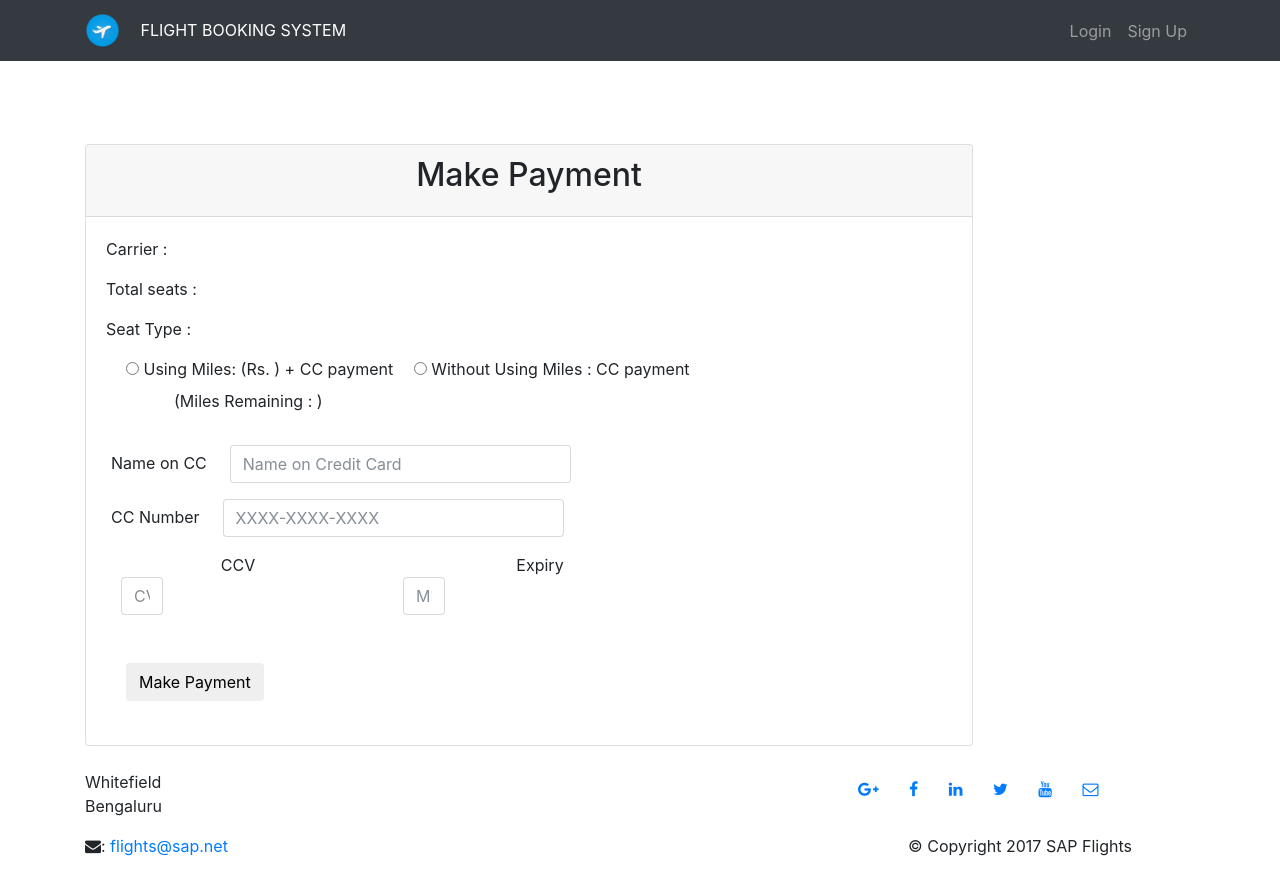
Repository: yashtatia/Spring-Practice
Page: http://localhost/FitnessTracker/WEB-INF/jsp/makePayment.jsp
An editor plug-in stored every save of this project. The page is shown before and after the next save, followed by the edit.
The browser window is 1280 px wide. The pictures show the whole page.
Some web libraries are served in a nearby version. The page is served by Tomcat 9. Nobody is signed in. Other server files are loaded and not shown. The template is opened directly, without the code that normally fills it, so the values that code supplies are empty.

Above is the page before, as saved 2017-09-06 08:19:15.
Console error: SyntaxError: Unexpected token ';'

### FitnessTracker/src/main/webapp/WEB-INF/jsp/makePayment.jsp
<%@ taglib prefix="spring" uri="http://www.springframework.org/tags" %>
<%@ taglib prefix="form" uri="http://www.springframework.org/tags/form" %>

<jsp:include page="header.jsp" />
	<br>
	<br>
	<br>
	<br>
	<br>
	<br>
	<div class="container">
		<div class="card" style="max-width: 80%;" >
			<div class="card-header">
				<h2 class="card-title" align="center">Make Payment</h2>
			</div>
			<div class="card-block">
				<div class="card-body">
						<p>Carrier : ${flightSelected.airline}</p>
						<p>Total seats : ${flightSelected.seats}</p>
						<p>Seat Type : ${flightSelected.seat_class}</p>

						<form:form commandName="payment" class="form-horizontal" style=" padding-left: 20px;" method="POST">

							  <label class="radio-inline" >
							    <form:radiobutton path="payment_choice" name="payment_choice" value="1" />
							     Using Miles: ${miles_used} (Rs. ${discount}) + ${fare_with_miles}  CC payment

							  </label>


							  <label class="radio-inline mx-3">
							    <form:radiobutton path="payment_choice" name="payment_choice" value="2" />
							    Without Using Miles : ${fare_without_miles}	CC payment
							  </label>
							  <label class="mx-5">
							  	(Miles Remaining : ${miles_remaining})
							  </label>

							<br />
							<br/>

							<div class="form-group row">
							    <label for="input1" class="col-xs-3 col-form-label mr-2">Name on CC</label>
							    <div class="col-sm-10">
							      <form:input path="cc_name" type="text" name="cc_name" id="cc_name" placeholder="Name on Credit Card" class="form-control" style="max-width: 50%;" />
							    </div>
							</div>
							<div class="form-group row">
							    <label for="input2" class="col-xs-3 col-form-label mr-2">CC Number</label>
							    <div class="col-sm-10">
							      <form:input path="cc_number" type="text" name="cc_number" id="cc_number" placeholder="XXXX-XXXX-XXXX" class="form-control" style="max-width: 50%;" />
							    </div>
							</div>
							<div class="form-row">
									<div class="form-inline">
										<div>
											<label class="mr-sm-5 mb-0" for="cvv">CCV</label>
											<form:input path="cc_cvv" type="password" name="cc_cvv" id="cc_cvv" placeholder="CVV" class="form-control mr-sm-2 mb-2 mb-sm-0"  style="max-width: 15%" />
										</div>
										<div>
											<label class="mr-sm-2 mb-0" for="last_name">Expiry</label>
											<form:input path="cc_expiry"  type="text" class="form-control mr-sm-2 mb-2 mb-sm-0" name="cc_expiry" id="cc_expiry" style="max-width: 15%" placeholder="MM/YY"/>
										</div>

									</div>
							</div>
							<br />
							<br />

							<form:hidden path="flight_id"  name="flight_id" value="${flightSelected.flight_id}" />
							<form:hidden path="seat_type" name="seat_type" value="${flightSelected.seat_class_abbrev}" />
							<form:hidden path="seats" name="seats" value="${flightSelected.seats}" />
							<form:hidden path="fare_with_miles" name="fare_with_miles" value="${fare_with_miles}" />
							<form:hidden path="fare_without_miles" name="fare_without_miles" value="${fare_without_miles}" />
							<form:hidden path="miles_used" name="miles_used" value="${miles_used}" />
							<form:hidden path="miles_remaining" name="miles_remaining" value="${miles_remaining}" />
							<form:hidden path="miles_earned" name="miles_earned" value="${miles_earned}" />

							<button type="submit" name="" value="Make Payment" class="btn btn-default col-lg-offset-10" >Make Payment</button>
						</form:form>
				</div>

			</div>

			<br />



		</div>
	</div>
	<br/>

<jsp:include page="footer.jsp" />
<script type="text/javascript">
		$( document ).ready(function() {
		    preProcess();
		});

		function preProcess(){
			if($('input[name=payment_choice]:checked').val() == "with_miles"){
				var cc_remaining = ${fare_with_miles};
				if(cc_remaining == 0){
					$("#cc_name").prop("disabled", true);
					$("#cc_number").prop("disabled", true);
					$("#cc_cvv").prop("disabled", true);
					$("#cc_expiry").prop("disabled", true);
				}
			}
		}

		$('input[name=payment_choice]').on('change', function() {
			if($('input[name=payment_choice]:checked').val() == "with_miles"){
				var cc_remaining = ${fare_with_miles};
				if(cc_remaining == 0){
					$("#cc_name").prop("disabled", true);
					$("#cc_number").prop("disabled", true);
					$("#cc_cvv").prop("disabled", true);
					$("#cc_expiry").prop("disabled", true);
				}
			}else{
				$("#cc_name").prop("disabled", false);
				$("#cc_number").prop("disabled", false);
				$("#cc_cvv").prop("disabled", false);
				$("#cc_expiry").prop("disabled", false);
			}
		});
	</script>

### FitnessTracker/src/main/webapp/WEB-INF/jsp/header.jsp
<%@ taglib prefix="c" uri="http://java.sun.com/jsp/jstl/core"%>
<%@ taglib prefix="form" uri="http://www.springframework.org/tags/form" %>
<%@ taglib prefix="spring" uri="http://www.springframework.org/tags" %>
<!DOCTYPE html>
<html>
<head>
	<meta charset="utf-8">
    <meta http-equiv="X-UA-Compatible" content="IE=edge">
    <meta name="viewport" content="width=device-width, initial-scale=1, shrink-to-fit=no">
	<title>Search Flights</title>
	<link rel="stylesheet" href="https://maxcdn.bootstrapcdn.com/bootstrap/4.0.0-beta/css/bootstrap.min.css" integrity="sha384-/Y6pD6FV/Vv2HJnA6t+vslU6fwYXjCFtcEpHbNJ0lyAFsXTsjBbfaDjzALeQsN6M" crossorigin="anonymous">
	<link href="https://maxcdn.bootstrapcdn.com/font-awesome/4.7.0/css/font-awesome.min.css" rel="stylesheet">
	<link rel="stylesheet" type="text/css" href="assets/css/jquery-ui.css">
</head>
<body>

	 <nav class="navbar navbar-expand-md navbar-dark bg-dark fixed-top">
            <div class="container">
                <div class="navbar-header">
	                <span><a class="navbar-brand" href="index.jsp"><img src="assets/img/sap.png" height=35 width=35></a></span>
	                <span style="color: white;">FLIGHT BOOKING SYSTEM</span>
                </div>

                <c:choose>
    				<c:when test="${not logInForm.loggedIn || logInForm == null}">
                       <ul class="navbar-nav bd-navbar-nav" style="cursor: pointer;">
	                        <li class="nav-item"><a class="nav-link" data-toggle="modal" data-target="#loginModal" id="login"><span class="glyphicon glyphicon-log-in"></span> Login</a></li>
	                        <li class="nav-item"><a class="nav-link" href="signUp.html"><span class="glyphicon glyphicon-log-in"></span> Sign Up</a></li>
	                    </ul>
	    			</c:when>
	    			<c:otherwise>
	                    <ul class="navbar-nav bd-navbar-nav" style="cursor: pointer;">
	                        <li class="nav-item dropdown">
	                            <a href="#" class="nav-link dropdown-toggle" data-toggle="dropdown"
	                             role="button" aria-haspopup="true" aria-expanded="false" style="color: white; ">
	                             <i class="fa fa-user-o" aria-hidden="true"></i>  ${userForm.fname} ${userForm.lname} <span class="caret"></span></a>
	                            <ul class="dropdown-menu">
	                                <li><a class="dropdown-item" href="#">Your Miles : ${userForm.air_miles}</a></li>
	                                <li><a class="dropdown-item" href="myBookings.html">MyBookings</a></li>
	                                <li><a class="dropdown-item" href="logout.html">Logout</a></li>
	                            </ul>
	                        </li>
	                    </ul>
	                </c:otherwise>
                </c:choose>


                </div>
        </nav>

    <c:if test="${logInForm.loggedIn == false || logInForm == null}">

	    <div id="loginModal" class="modal fade " role="dialog" aria-labelledby="loginModal" aria-hidden="true">
	        <div class="modal-dialog" style="max-width: 650px !important;">
	        <!-- Modal content-->
	        <div class="modal-content">
	            <div class="modal-header">
	                <h5 class="modal-title" id="exampleModalLabel">Login</h5>
			     	   <button type="button" class="close" data-dismiss="modal" aria-label="Close">
			        	  <span aria-hidden="true">&times;</span>
			       	 </button>
	            </div>
		        <div class="modal-body">
		            <form:form modelAttribute="logInForm" class="form-inline" id="loginForm" action="logIn.html" method="POST">
		                <div class="form-group">
		                    <label class="sr-only" for="InputEmail">Email address</label>
		                    <form:input path="username" type="email" class="form-control" id="Email" placeholder="Email" name="email" />
		                </div>
		                <div class="form-group mx-sm-3">
		                    <label class="sr-only" for="Password">Password</label>
		                    <form:input path="password" type="password" class="form-control" id="Password" placeholder="Password" name="password" />
		                </div>

	            		<div class="form-group mx-sm-3">
	            			<button type="button" class="btn btn-default btn-danger pull-right" data-dismiss="modal">Cancel</button>
		                	<button type="submit" class="btn btn-default btn-info pull-right">Sign in</button>
	            		</div>


	            	</form:form>
				</div>

	        </div>
	        </div>
	    </div>

    </c:if>

### FitnessTracker/src/main/webapp/WEB-INF/jsp/footer.jsp

	<footer class="row-footer">
        <div class="container">
            <div class="row row-content">

                <div class="col-md-8">
                    <address>
		              Whitefield<br>
		              Bengaluru<br>

                    </address>
                </div>
                <div class="col-md-4">
                    <div >
                        <a class="btn btn-social-icon btn-google-plus" href="http://google.com/+"><i class="fa fa-google-plus"></i></a>
                        <a class="btn btn-social-icon btn-facebook" href="http://www.facebook.com/profile.php?id="><i class="fa fa-facebook"></i></a>
                        <a class="btn btn-social-icon btn-linkedin" href="http://www.linkedin.com/in/"><i class="fa fa-linkedin"></i></a>
                        <a class="btn btn-social-icon btn-twitter" href="http://twitter.com/"><i class="fa fa-twitter"></i></a>
                        <a class="btn btn-social-icon btn-youtube" href="http://youtube.com/"><i class="fa fa-youtube"></i></a>
                        <a class="btn btn-social-icon" href="mailto:"><i class="fa fa-envelope-o"></i></a>
                    </div>
                </div>
             </div>
             <div class="row row-content">
                <div class="col-md-8">
		              <i class="fa fa-envelope"></i>:
                         <a href="mailto:flights@sap.net">
                         flights@sap.net</a>
                </div>
                <div class="col-md-4">
                    <p align=center> &copy; Copyright 2017 SAP Flights</p>
                </div>
             </div>
        </div>
    </footer>




<script src="https://code.jquery.com/jquery-3.2.1.slim.min.js" integrity="sha384-KJ3o2DKtIkvYIK3UENzmM7KCkRr/rE9/Qpg6aAZGJwFDMVNA/GpGFF93hXpG5KkN" crossorigin="anonymous"></script>
<script type="text/javascript" src="http://code.jquery.com/jquery-3.2.1.min.js"></script>
<script type="text/javascript" src="assets/js/jquery-ui.min.js"></script>
<script src="https://cdnjs.cloudflare.com/ajax/libs/popper.js/1.11.0/umd/popper.min.js" integrity="sha384-b/U6ypiBEHpOf/4+1nzFpr53nxSS+GLCkfwBdFNTxtclqqenISfwAzpKaMNFNmj4" crossorigin="anonymous"></script>
<script src="https://maxcdn.bootstrapcdn.com/bootstrap/4.0.0-beta/js/bootstrap.min.js" integrity="sha384-h0AbiXch4ZDo7tp9hKZ4TsHbi047NrKGLO3SEJAg45jXxnGIfYzk4Si90RDIqNm1" crossorigin="anonymous"></script>

<script>
        $().button('toggle');
        $(document).ready(function(){
            $("#login").click(function(){
                console.log("yo!");
                $("#loginModal").modal();
            });
        });

        $(document).ready(function(){
            $("#table").click(function(){
                $("#tableModal").modal();
            });
        });
</script>
</body>
</html>

Loaded but not shown: FitnessTracker/src/main/webapp/assets/css/jquery-ui.css (library); FitnessTracker/src/main/webapp/assets/js/jquery-ui.min.js (library)

After the next save:
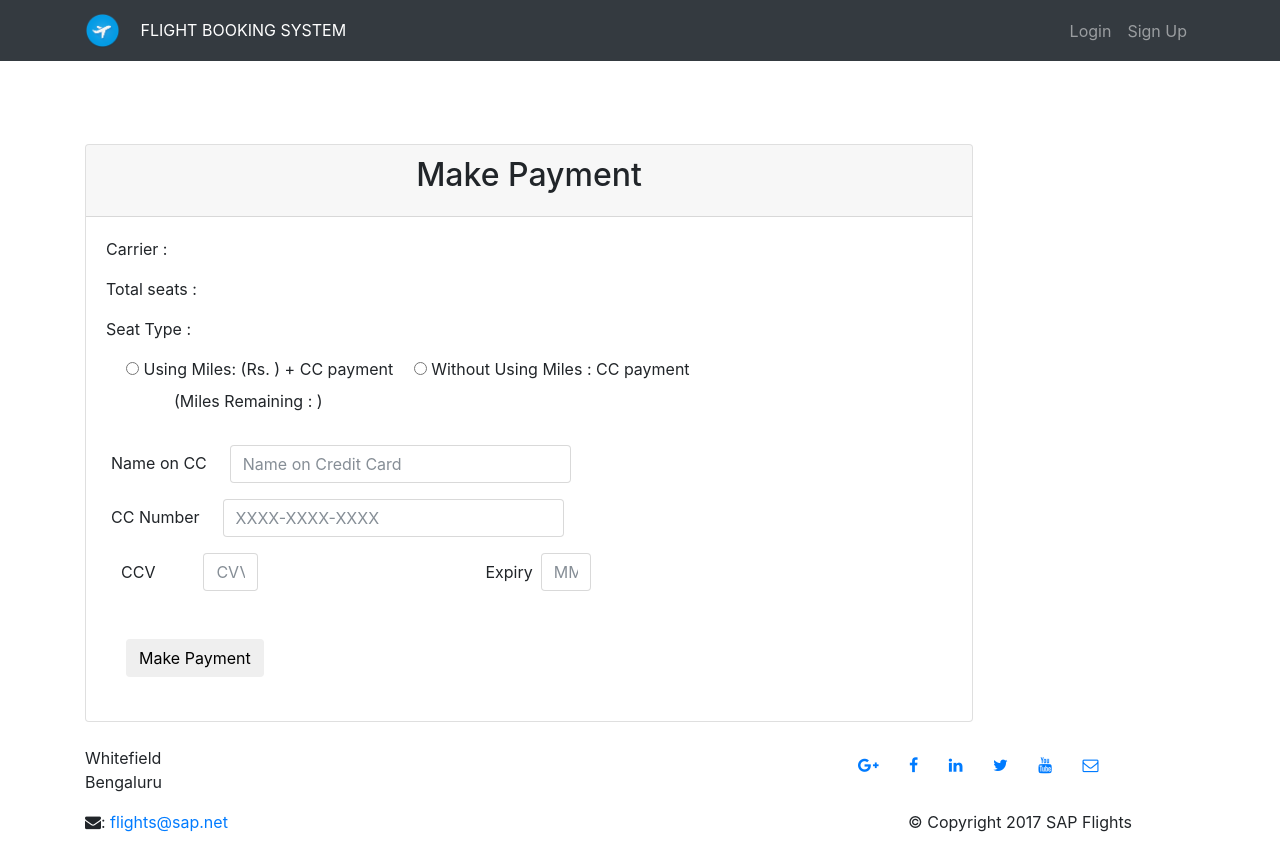
Saved 36 s later.
--- a/FitnessTracker/src/main/webapp/WEB-INF/jsp/makePayment.jsp
+++ b/FitnessTracker/src/main/webapp/WEB-INF/jsp/makePayment.jsp
@@ -53,11 +53,11 @@
 							</div>
 							<div class="form-row">
 									<div class="form-inline">
-										<div>
+										<div class="form-group">
 											<label class="mr-sm-5 mb-0" for="cvv">CCV</label>
 											<form:input path="cc_cvv" type="password" name="cc_cvv" id="cc_cvv" placeholder="CVV" class="form-control mr-sm-2 mb-2 mb-sm-0"  style="max-width: 15%" />
 										</div>
-										<div>
+										<div class="form-group">
 											<label class="mr-sm-2 mb-0" for="last_name">Expiry</label>
 											<form:input path="cc_expiry"  type="text" class="form-control mr-sm-2 mb-2 mb-sm-0" name="cc_expiry" id="cc_expiry" style="max-width: 15%" placeholder="MM/YY"/>
 										</div>
